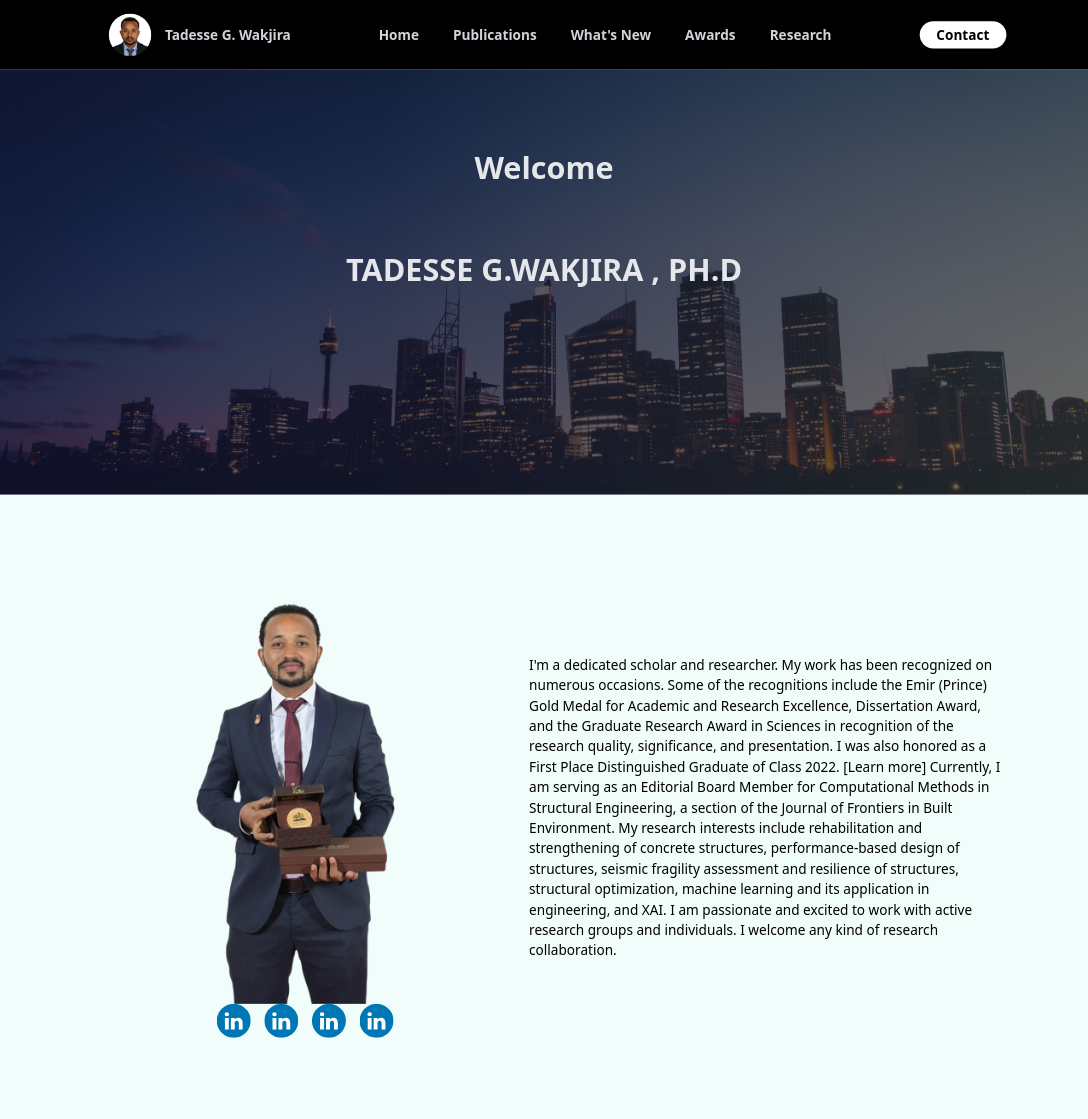
Repository: Elias-Kibret/Tade-portfoilo
Page: /
An editor plug-in stored every save of this project. The page is shown before and after the next save, followed by the edit.
The browser window is 1280 px wide. The pictures show the whole page, at 85% of full size.
The project was rebuilt for these pictures with package versions that can differ from the ones it lists, and the page was loaded fresh each time. The framework's server and built-in components were replaced by stand-ins that run in the browser. Also part of the build but not shown: next.config.js.

Above is the page before, as saved 2022-06-28 11:32:46.

After the next save:
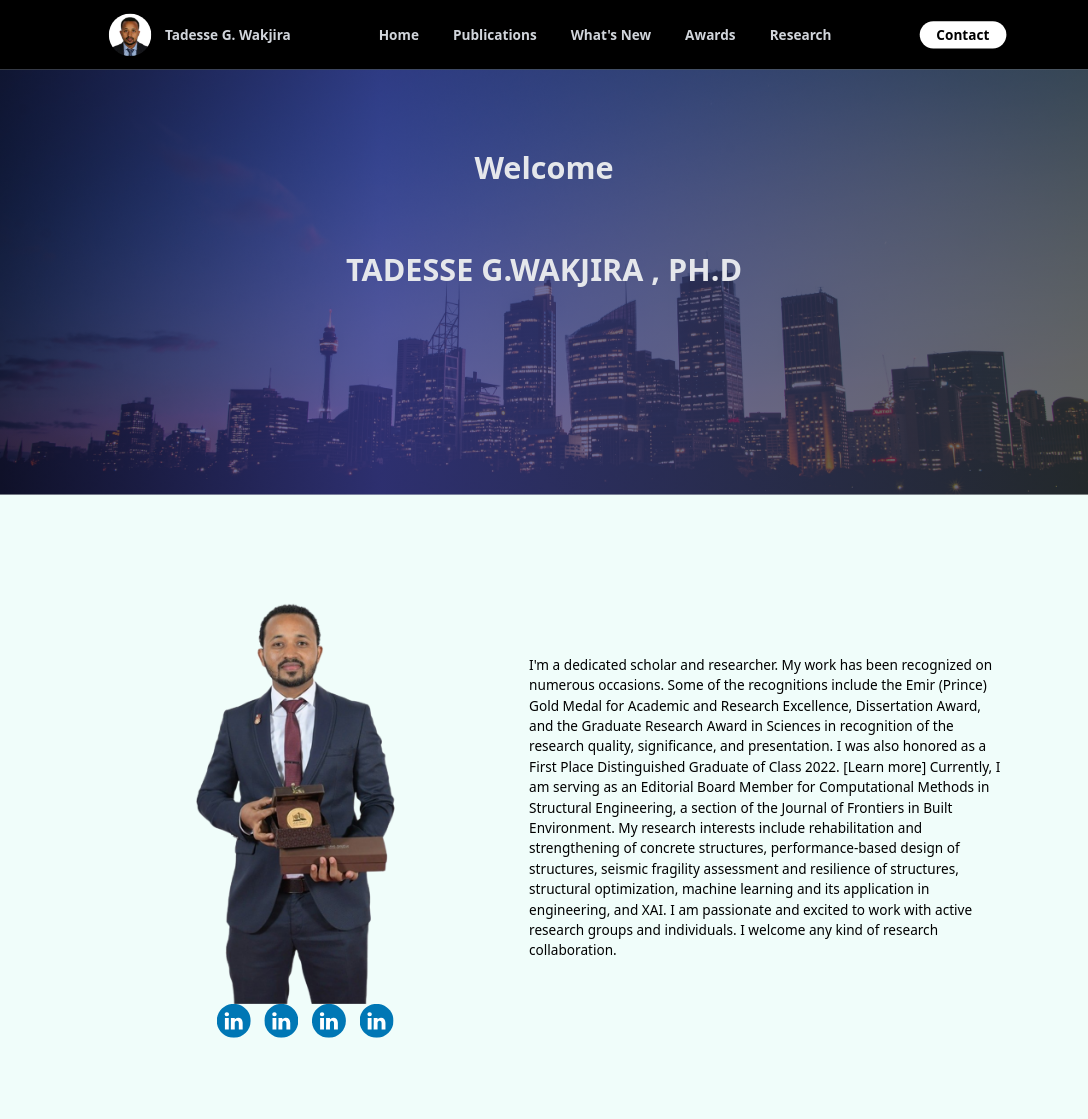
Saved 4 s later.
--- a/styles/globals.css
+++ b/styles/globals.css
@@ -17,5 +17,5 @@
     width:100%;
     height:500px;
     background: rgb(2,0,36);
-background: linear-gradient(90deg, rgba(2,0,36,0.6) 0%, rgba(11, 11, 36, 0.7) 35%, rgba(35, 40, 41, 0.7) 100%);
+background: linear-gradient(90deg, rgba(2,0,36,0.6) 0%, rgba(50, 50, 138, 0.7) 35%, rgba(35, 40, 41, 0.7) 100%);
 }
